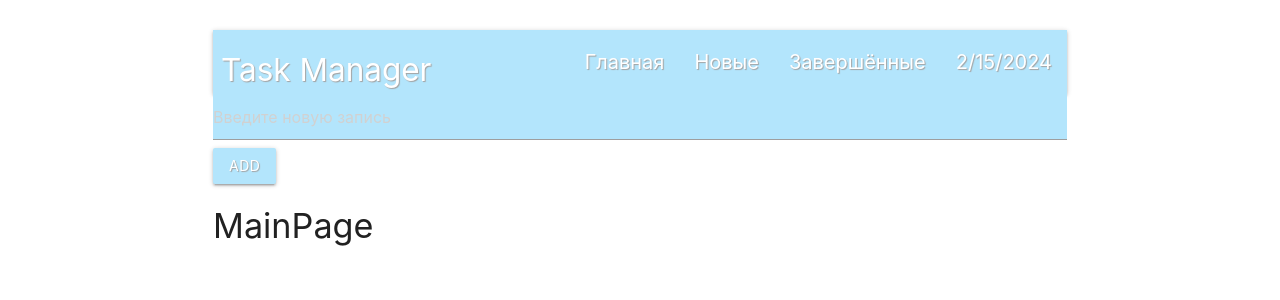
Repository: iveivs/myReactTaskManager
Page: /
These files come from the project's save history. The page is drawn as it stood at one moment and after the next save; the edit follows.
The browser window is 1280 px wide. The pictures show the whole page.
The project was rebuilt for these pictures with package versions that can differ from the ones it lists, and the page was loaded fresh each time. Also part of the build but not shown: vite.config.js, src/components/DoneTasks.jsx, src/components/NewTasks.jsx.

Above is the page before, as saved 2024-02-15 15:14:35.

### index.html
<!doctype html>
<html lang="en">
  <head>
    <meta charset="UTF-8" />
    <link rel="icon" type="image/svg+xml" href="/vite.svg" />
    <meta name="viewport" content="width=device-width, initial-scale=1.0" />
    <link rel="stylesheet" href="https://cdnjs.cloudflare.com/ajax/libs/materialize/1.0.0/css/materialize.min.css">
    <link href="https://fonts.googleapis.com/icon?family=Material+Icons" rel="stylesheet">
    <title>Task Manager</title>
  </head>
  <body>
    <div id="root"></div>
    <script type="module" src="/src/main.jsx"></script>
  </body>
</html>

### src/main.jsx
import React from 'react'
import ReactDOM from 'react-dom/client'
import { BrowserRouter } from 'react-router-dom';
import App from './App.jsx'
import './index.css'

ReactDOM.createRoot(document.getElementById('root')).render(
  <BrowserRouter>
    <App />
  </BrowserRouter>,
)

### src/App.jsx
import { useState, useEffect } from 'react'
import { Routes, Route } from 'react-router-dom'
import './App.css'
import DoneTasks from './components/DoneTasks'
import Header from './components/Header'
import MainPage from './components/MainPage'
import NewTasks from './components/NewTasks'
import { DataContext } from './components/DataContext'

function App() {
  const [input, setInput] = useState('')
  const [tasks, setTasks] = useState()


  // localStorage.setItem('tasks', JSON.stringify(tasks))
  const renderLocalStorageData = () => {
    const data = localStorage.getItem("tasks")
    console.log(data);
    if (data) {
        return JSON.parse(data);
    } else {
        return []
    }
}

useEffect(()=> {
  setTasks(renderLocalStorageData)
}, [])

  const handleChange = (event) => {
    setInput(event.target.value)
  }

  const handleClick = () => {
    let id = tasks.length > 0 ? tasks[tasks.length - 1].id + 1 : 1
    const newTask = {
      task: input,
      id: id
    }
    // console.log('newTask',newTask);

    setTasks([...tasks, newTask])

    localStorage.setItem('tasks', JSON.stringify(tasks))

    setInput('')
    console.log('tasks',tasks);
  }

  return (
    <>
    <DataContext.Provider value={{
      tasks,
      setTasks
    }}>
      <div className="container">
        <Header  />
        <input
          placeholder='Введите новую запись'
          className='inputMain light-blue lighten-4'
          value={input}
          onChange={(e) => handleChange(e)}
          type="text" />
        <button className='btn light-blue lighten-4' onClick={handleClick}>ADD</button>
        <Routes>
          <Route index element={<MainPage />} />
          <Route path="/new" element={<NewTasks />} />
          <Route path="/done" element={<DoneTasks  />} />
        </Routes>

        {/* { input && <h4>{input}</h4> } */}
        {/* { tasks && (
          tasks.map(e => <p key={e}>task: {e}</p>)
        )} */}
      </div>
      </DataContext.Provider>
    </>
  )
}

export default App

### src/index.css

.nav-wrapper {
    padding-left: 8px;
    text-shadow: 1px 1px 1px #a3a3a3;
    /* display: flex ;
    flex-direction: row;
    justify-content: space-between;
    align-items: center; */
}
.nav-wrapper ul li {
    font-size: 24px !important;
}
.listItem{
    font-size: 18px !important;
}
.btn {
    text-shadow: 1px 1px 1px #a3a3a3;
}

/* nav {
    background-color: #b3e5fc
} */

### src/App.css
#root {
  max-width: 1280px;
  margin: 0 auto;
  padding: 2rem;

}

### src/components/Header.jsx
import { Link } from "react-router-dom";
import DateElement from "./DateElement";

export default function Header() {
    return (
        <nav className="light-blue lighten-4">
            <div className="nav-wrapper">
                <h4 className="brand-logo">
                    Task Manager
                </h4>
                {/* <* id="nav-mobile" className="right hide-on-med-and-down"> */}
                <ul className="right">
                    <li className="listItem" >
                        <Link style={{fontSize: '20px'}} to="/">Главная</Link>
                    </li>
                    <li>
                        <Link style={{fontSize: '20px'}} to="/new">Новые</Link>
                    </li>
                    <li>
                        <Link style={{fontSize: '20px'}} to="/done">Завершённые</Link>
                    </li>
                    <li >
                        <Link style={{fontSize: '20px'}}> {<DateElement  />}</Link>
                    </li>

                </ul>

            </div>
        </nav>
    );
}

// export default function Header() {
//     document.addEventListener('DOMContentLoaded', function() {
//         const elems = document.querySelectorAll('.sidenav');
//         var instances = M.Sidenav.init(elems, options);
//     });

//     return (
//         <>
//             <nav>
//                 <div className="nav-wrapper">
//                     <a href="#!" className="brand-logo">Logo</a>
//                     <a href="#" data-target="mobile-demo" className="sidenav-trigger"><i className="material-icons">menu</i></a>
//                     <ul className="right hide-on-med-and-down">
//                         <li>
//                             <Link to="/">Главная</Link>
//                         </li>
//                         <li>
//                             <Link to="/new">Новые</Link>
//                         </li>
//                         <li>
//                             <Link to="/done">Завершённые</Link>
//                         </li>
//                         <li>
//                             <DateElement  />
//                         </li>
//                     </ul>
//                 </div>
//             </nav>

//             <ul className="sidenav" id="mobile-demo">
//                 <li>Sass</li>
//                 <li><a href="badges.html">Components</a></li>
//                 <li><a href="collapsible.html">Javascript</a></li>
//                 <li><a href="mobile.html">Mobile</a></li>
//             </ul>
//         </>

//     );
// }

### src/components/MainPage.jsx
import { useEffect } from "react"
import { DataContext } from "./DataContext"
import { useContext } from "react"

export default function MainPage () {
    const { tasks } = useContext(DataContext)
    // console.log(tasks);
    return (
        <div>
            <h4>MainPage</h4>
            { tasks && (
                tasks.map(task => (
                    <p key={task.id }>main task test: {task.task}</p>
                ))
            )}
        </div>
    )
}

### src/components/DataContext.js
import { createContext } from "react"
const initialState = {
    tasks: [],
    loading: false,
    setTasks: () => {
    }
}

export const DataContext = createContext(initialState)

### src/components/DateElement.jsx
import { useEffect, useState } from "react"

export default function DateElement () {
    const [now, setNow] = useState(new Date())

    useEffect
    return (
        <>

            {/* <p>{now.toLocaleDateString()}</p> */}
            {now.toLocaleDateString()}

        </>
    )
}

After the next save:
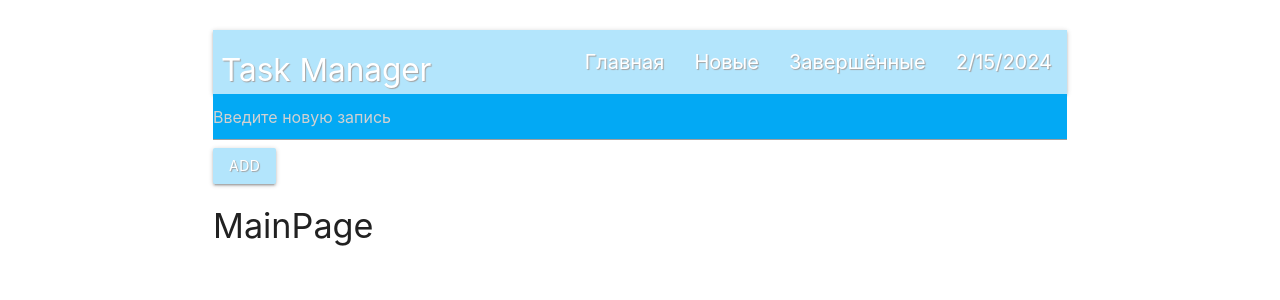
Saved 8 s later.
--- a/src/App.jsx
+++ b/src/App.jsx
@@ -57,7 +57,7 @@ useEffect(()=> {
         <Header  />
         <input
           placeholder='Введите новую запись'
-          className='inputMain light-blue lighten-4'
+          className='inputMain light-blue '
           value={input}
           onChange={(e) => handleChange(e)}
           type="text" />
